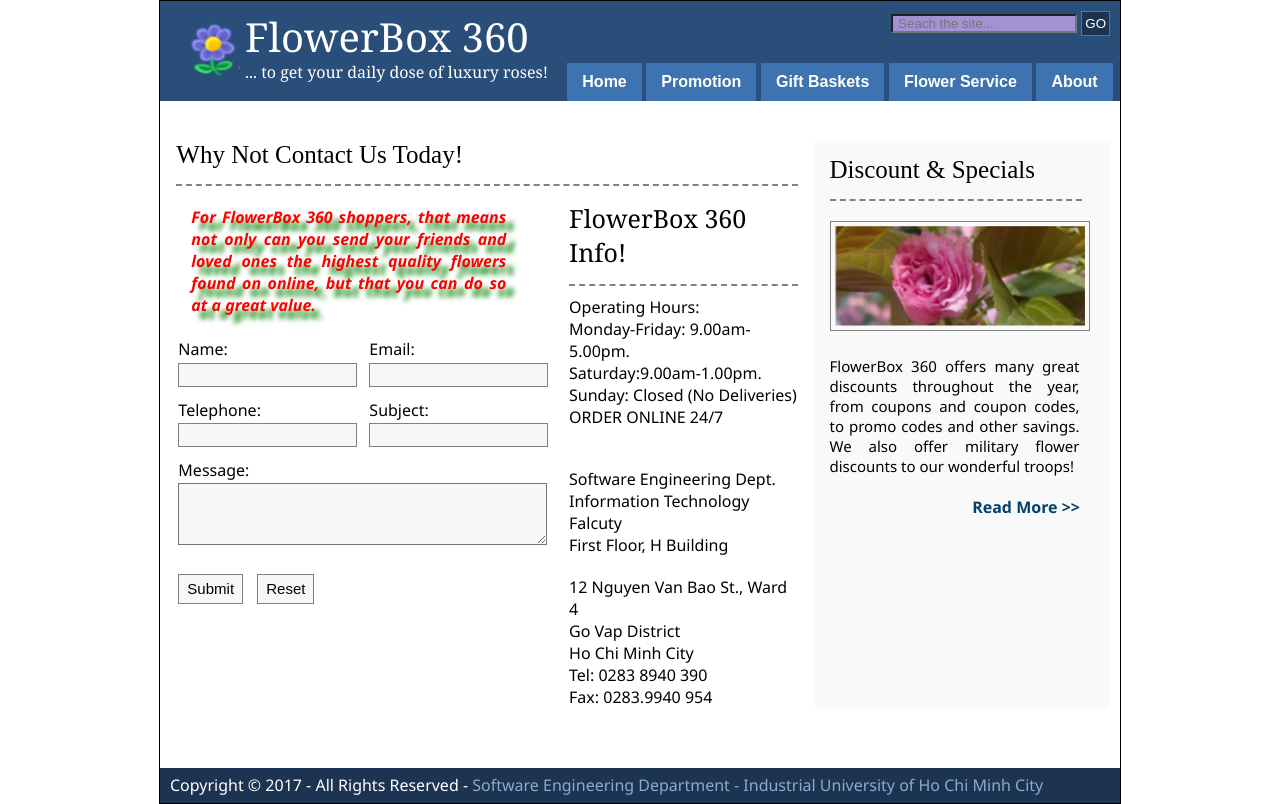
Repository: thu1365/BTKT_WEB
Page: HTML/btkt.html
These files come from the project's save history. The page is drawn as it stood at one moment and after the next save; the edit follows.
The browser window is 1280 px wide. The pictures show the whole page.

Above is the page before, as saved 2023-03-11 21:22:35.

After the next save:
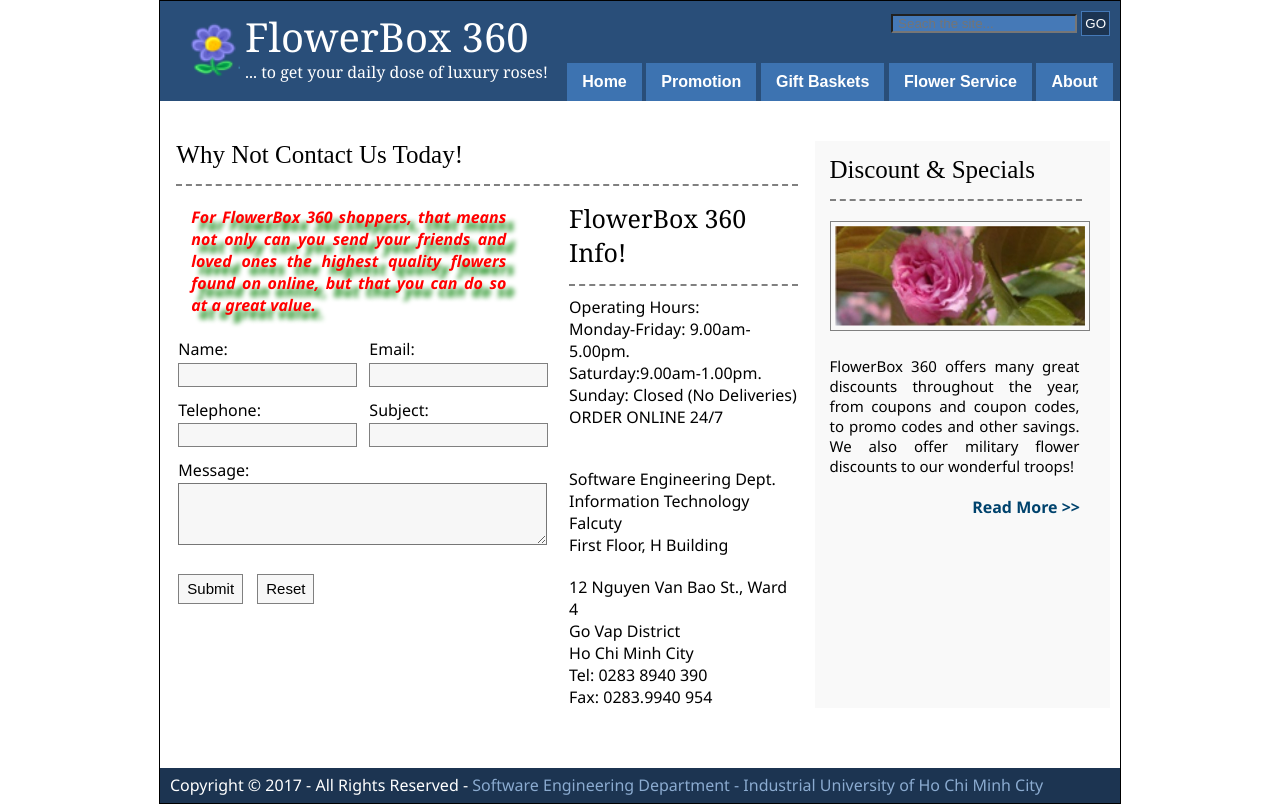
Saved 40 s later.
--- a/HTML/btkt.html
+++ b/HTML/btkt.html
@@ -278,7 +278,7 @@
             <p class="name2">... to get your daily dose of luxury roses!</p>
             <form action="" class="search_form">
                 <input type="text" name="" style="padding-left: 5px;
-                background-color: #a392d3;" placeholder="Seach the site...">
+                background-color: #4579b7;color: #fff;" placeholder="Seach the site...">
                 <input id="search2" type="button" value="GO">
             </form>
             <div class="nav">
